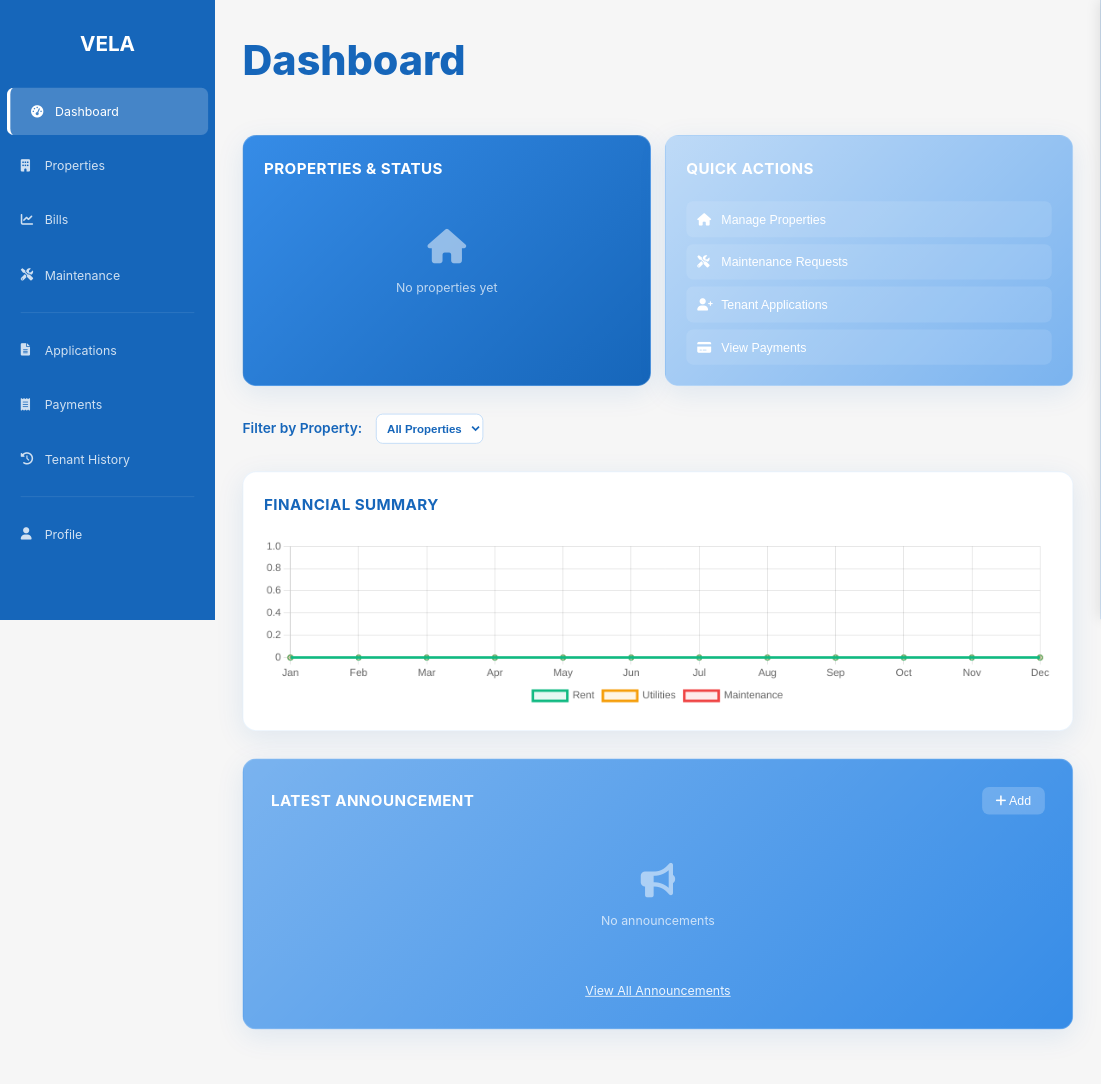
Repository: rizzerk/vela
Page: http://localhost/vela/LANDLORD/dashboard.php
An editor plug-in stored every save of this project. The page is shown before and after the next save, followed by the edit.
The browser window is 1280 px wide. The pictures show the whole page, at 86% of full size.
The page is run by PHP 8.4 with error messages shown; the project is at /var/www/html/. Queries for data that is not in the repository find no rows.

Above is the page before, as saved 2025-07-15 16:28:32.

After the next save:
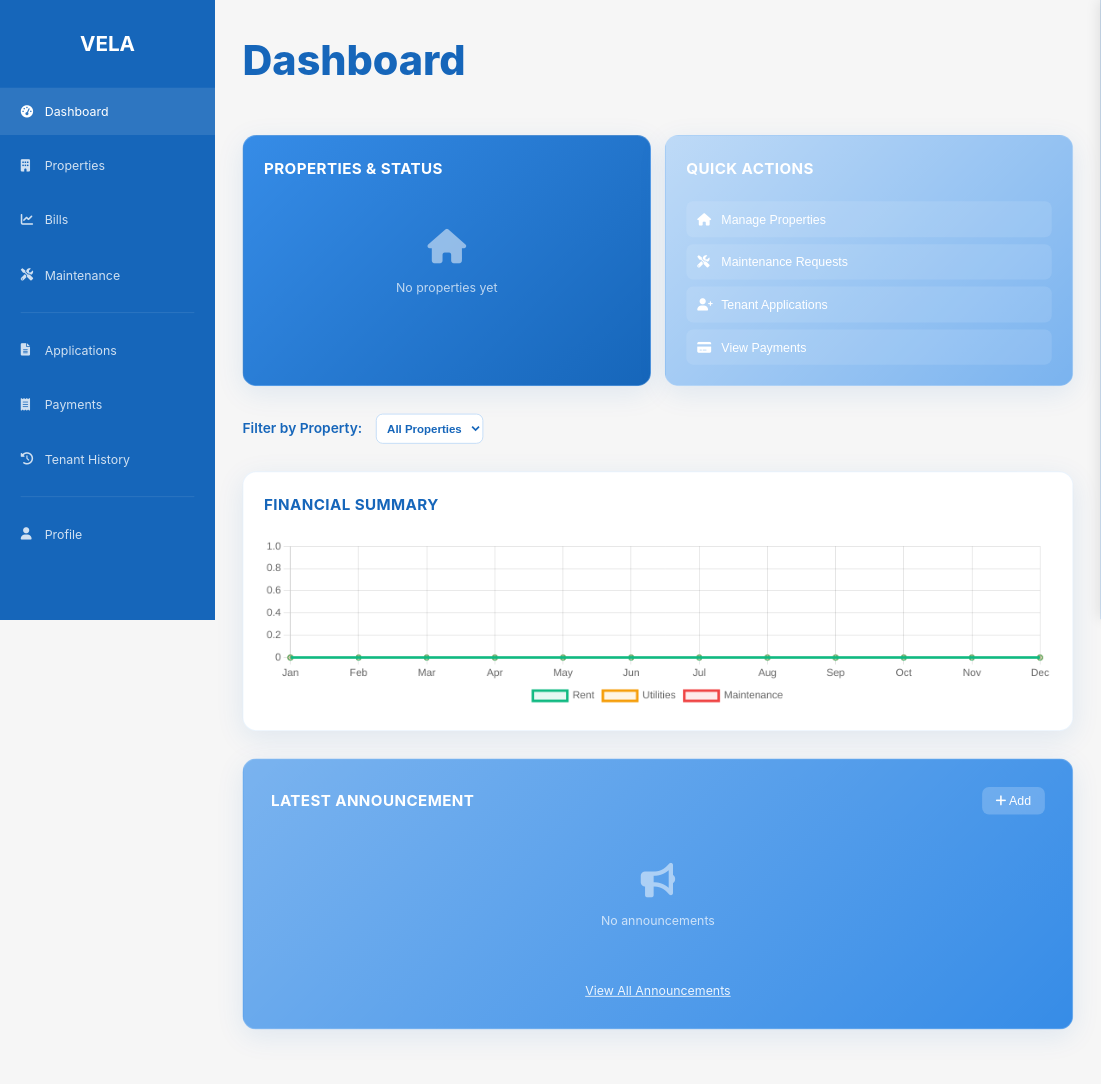
Saved 62 s later.
--- a/includes/navbar/landlord-sidebar.html
+++ b/includes/navbar/landlord-sidebar.html
@@ -1,3 +1,4 @@
+<?php $current_page = basename($_SERVER['PHP_SELF']); ?>
 <div class="sidebar">
     <div class="sidebar-header">
         <h2>VELA</h2>
@@ -5,25 +6,25 @@
     <ul class="nav-menu">
         <!-- Core Management -->
         <li class="nav-item">
-            <a href="dashboard.php" class="nav-link active">
+            <a href="dashboard.php" class="nav-link <?= $current_page == 'dashboard.php' ? 'active' : '' ?>">
                 <i class="fas fa-tachometer-alt"></i>
                 Dashboard
             </a>
         </li>
         <li class="nav-item">
-            <a href="properties.php" class="nav-link">
+            <a href="properties.php" class="nav-link <?= $current_page == 'properties.php' ? 'active' : '' ?>">
                 <i class="fas fa-building"></i>
                 Properties
             </a>
         </li>
         <li class="nav-item">
-            <a href="bills.php" class="nav-link">
+            <a href="bills.php" class="nav-link <?= $current_page == 'bills.php' ? 'active' : '' ?>">
                 <i class="fas fa-chart-line"></i>
                 Bills
             </a>
         </li>
         <li class="nav-item">
-            <a href="maintenance-req.php" class="nav-link">
+            <a href="maintenance-req.php" class="nav-link <?= $current_page == 'maintenance-req.php' ? 'active' : '' ?>">
                 <i class="fas fa-tools"></i>
                 Maintenance
             </a>
@@ -33,19 +34,19 @@
 
         <!-- Tenant Management -->
         <li class="nav-item">
-            <a href="applications.php" class="nav-link">
+            <a href="applications.php" class="nav-link <?= $current_page == 'applications.php' ? 'active' : '' ?>">
                 <i class="fas fa-file-alt"></i>
                 Applications
             </a>
         </li>
         <li class="nav-item">
-            <a href="tenant-payments.php" class="nav-link">
+            <a href="tenant-payments.php" class="nav-link <?= $current_page == 'tenant-payments.php' ? 'active' : '' ?>">
                 <i class="fas fa-receipt"></i>
                 Payments
             </a>
         </li>
         <li class="nav-item">
-            <a href="tenant-history.php" class="nav-link">
+            <a href="tenant-history.php" class="nav-link <?= $current_page == 'tenant-history.php' ? 'active' : '' ?>">
                 <i class="fas fa-history"></i>
                 Tenant History
             </a>
@@ -105,19 +106,10 @@
     font-size: 0.9rem;
 }
 
-.nav-link:hover {
+.nav-link:hover,
+.nav-link.active {
     background: rgba(255, 255, 255, 0.1);
     color: white;
-    border-radius: 8px;
-    margin: 0 0.5rem;
-}
-
-.nav-link.active {
-    background: rgba(255, 255, 255, 0.2);
-    color: white;
-    border-radius: 8px;
-    margin: 0 0.5rem;
-    border-left: 4px solid white;
 }
 
 .nav-link i {
